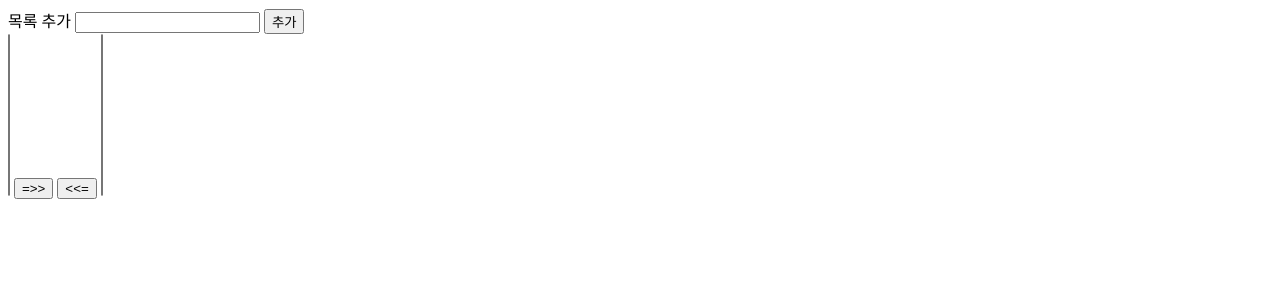
Repository: harin1212/PDA-frontend
Page: 김하린_0809/index.html
An editor plug-in stored every save of this project. The page is shown before and after the next save, followed by the edit.
The browser window is 1280 px wide. The pictures show the whole page.

Above is the page before, as saved 2023-08-09 16:49:26.

After the next save:
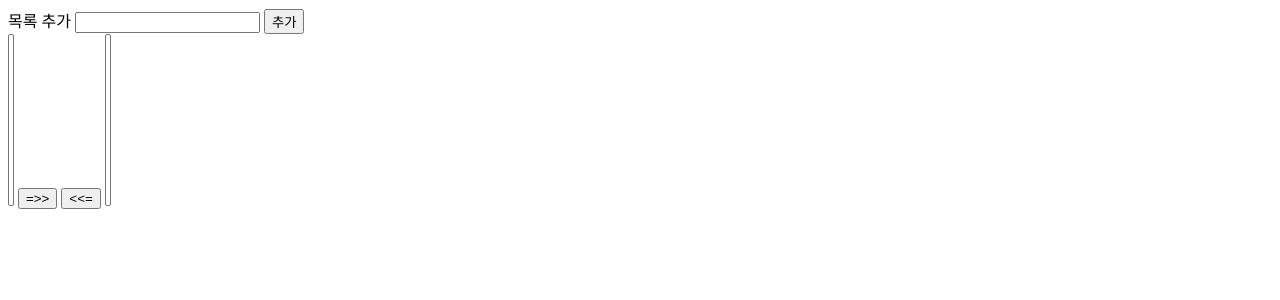
Saved 53 s later.
--- a/김하린_0809/index.html
+++ b/김하린_0809/index.html
@@ -15,12 +15,12 @@
     </div>
     <div class="lists">
         <select name="list1" size="10" multiple>
-            <ul id="list1"></ul>
+            <option id="list1"></option>
         </select>
         <button type="button">=>></button>
         <button type="button"><<=</button>
         <select name="list2" size="10" multiple>
-            <ul id="list2"></ul>
+            <option id="list2"></option>
         </select>
     </div>
 
